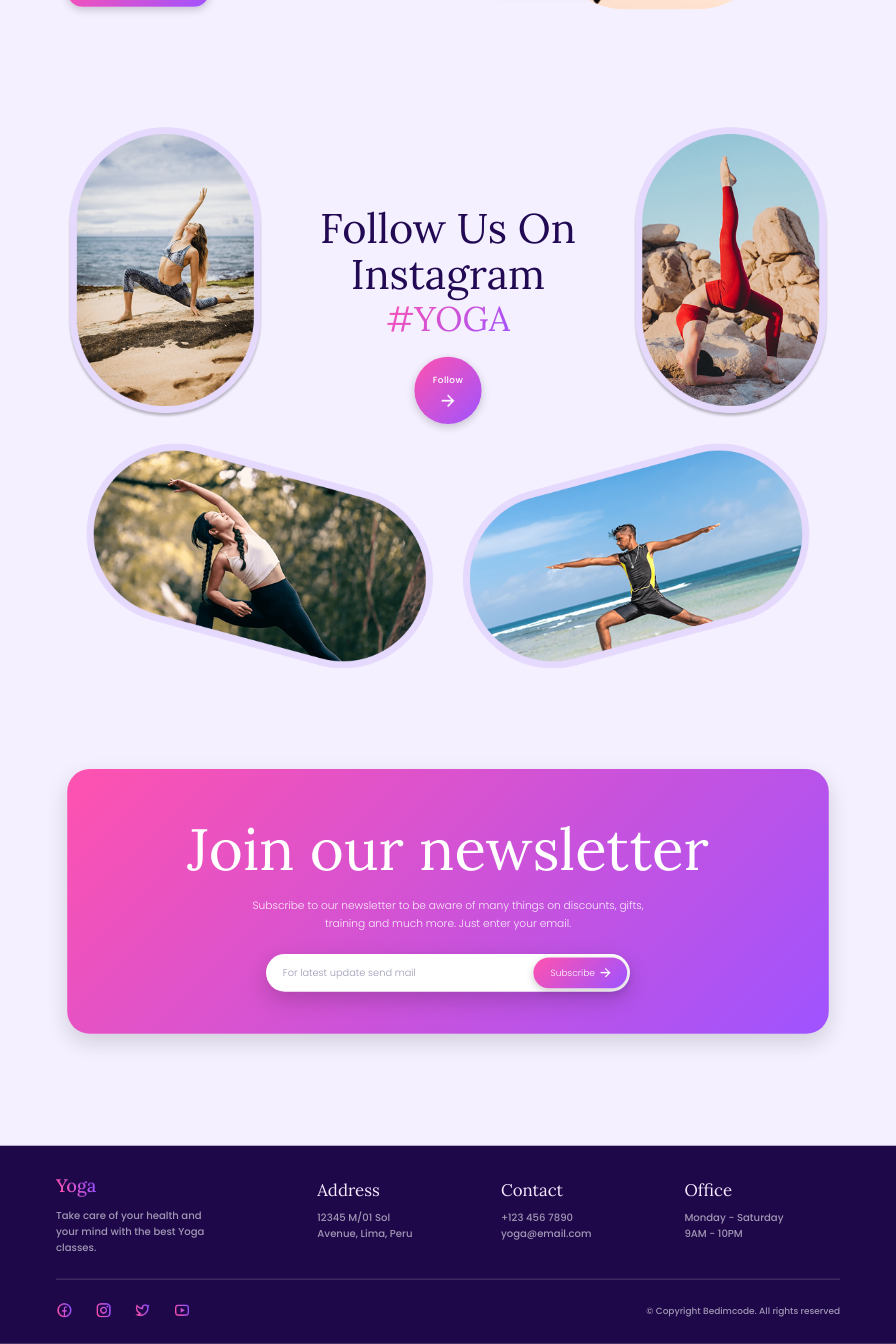
Repository: EunsuhJeon/responsive-yoga-website
Page: index.html
The author's editor kept a copy of each file at every save. The page is drawn from the files as they stood at one save, then again after the next save.
The browser window is 1280 px wide. The pictures show the part of the page from y = 1664 to 3584 px (the page is 3584 px tall before and 3543 px after), at 70% of full size.

Above is the page before, as saved 2025-11-27 21:55:34.

After the next save:
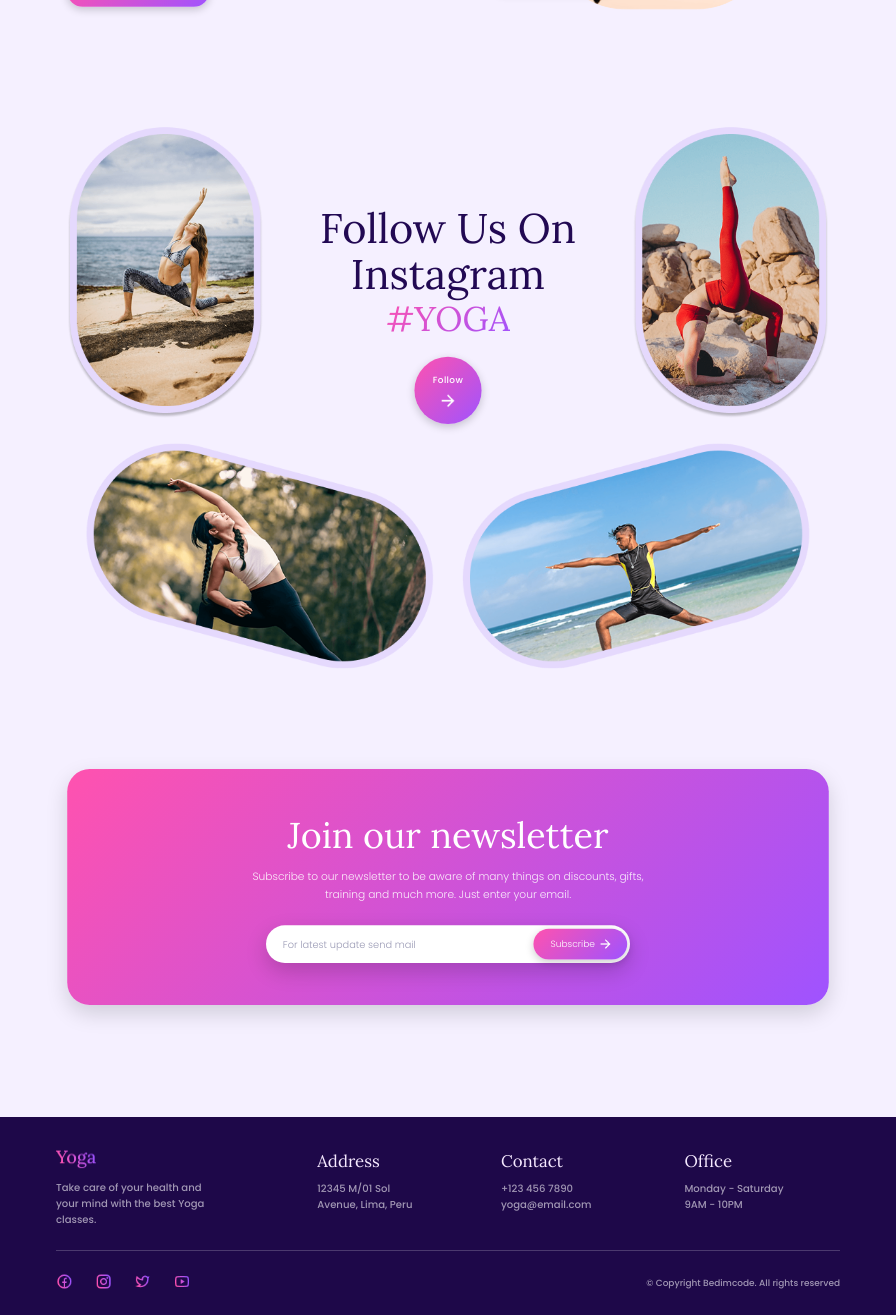
Saved 12 s later.
--- a/main.css
+++ b/main.css
@@ -833,7 +833,7 @@ header a{
 }
 
 .newsletter-title {
-  font-size: 5.2rem;
+  font-size: 3.2rem;
   font-weight: 400;
   margin-bottom: 16px;
 }
